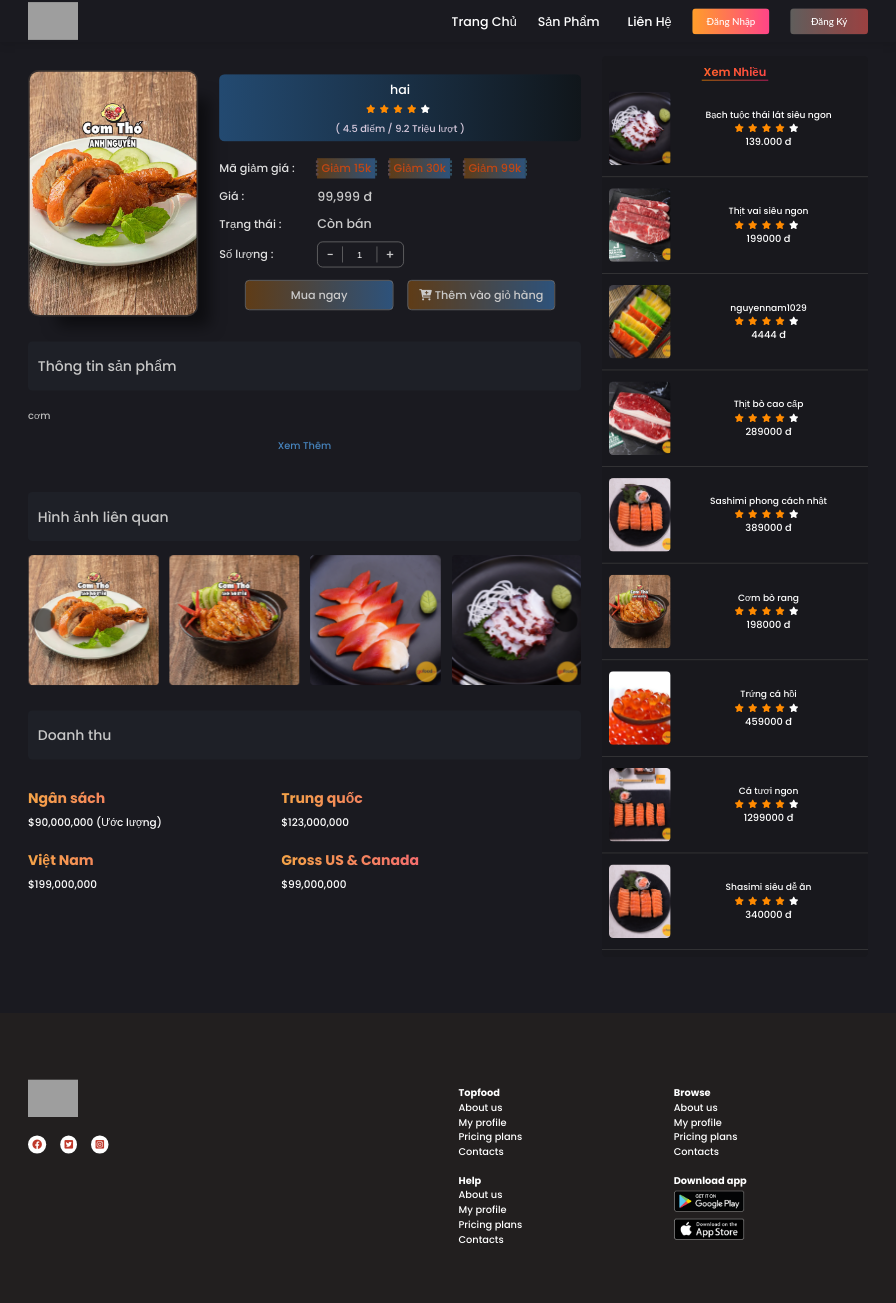
Repository: nguyennam1029/TopFoodNew
Page: http://localhost/product_detail.php?id=2
These files come from the project's save history. The page is drawn as it stood at one moment and after the next save; the edit follows.
The browser window is 1280 px wide. The pictures show the whole page, at 70% of full size.
Pictures or frames that could not be fetched are drawn as grey boxes. Some icons come from a web library that is not loaded, so they are not drawn. Some web fonts or font styles are not loaded; a fallback is used. Some web libraries are served in a nearby version. The page is run by PHP 8.4 with error messages shown; the project is at /var/www/html/. The database holds what the project's SQL file puts in it.

Above is the page before, as saved 2022-08-03 23:53:57.

After the next save:
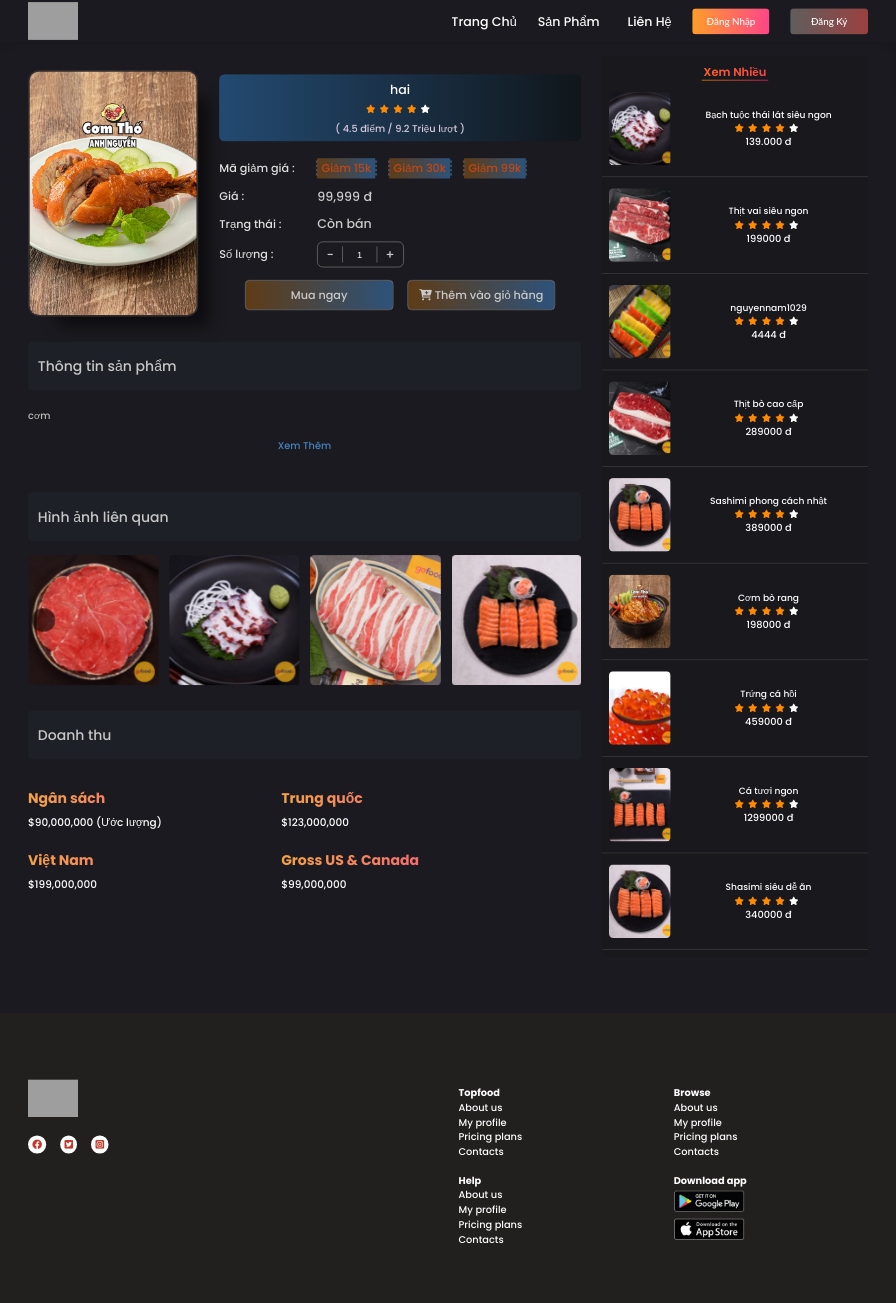
Saved 52 s later.
--- a/product_detail.php
+++ b/product_detail.php
@@ -222,27 +222,27 @@ session_start();
                                 <div class="movies-slide2 carousel-nav-center owl-carousel" id="test">
                                     <!-- start MOVIE ITEM -->
                                     <a href="#" class="slider-img">
-                                        <img src="../images/product/sale1.webp" alt="">
+                                        <img src="./images/product/Meat/bap-bo-0.jpg" alt="">
                                     </a>
                                     <!-- END MOVIE ITEM -->
                                     <!-- start MOVIE ITEM -->
                                     <a href="#" class="slider-img">
-                                        <img src="../images/product/sale2.webp" alt="">
+                                        <img src="./images/product/Haisan/bach-tuoc-0.jpg" alt="">
                                     </a>
                                     <!-- END MOVIE ITEM -->
                                     <!-- start MOVIE ITEM -->
                                     <a href="#" class="slider-img">
-                                        <img src="../images/product/1.jpg" alt="">
+                                        <img src="./images/product/thitLon/ba-roi-heo-0.jpg" alt="">
                                     </a>
                                     <!-- END MOVIE ITEM -->
                                     <!-- start MOVIE ITEM -->
                                     <a href="#" class="slider-img">
-                                        <img src="../images/product/Haisan/bach-tuoc-0.jpg" alt="">
+                                        <img src="./images/product/sashime/sashimi2.jpg" alt="">
                                     </a>
                                     <!-- END MOVIE ITEM -->
                                     <!-- start MOVIE ITEM -->
                                     <a href="#" class="slider-img">
-                                        <img src="../images/product/Haisan/haisan2.jpg" alt="">
+                                        <img src="./images/product/Meat/bap-bo-obe-2.jpg" alt="">
                                     </a>
                                     <!-- END MOVIE ITEM -->
                                 </div>
